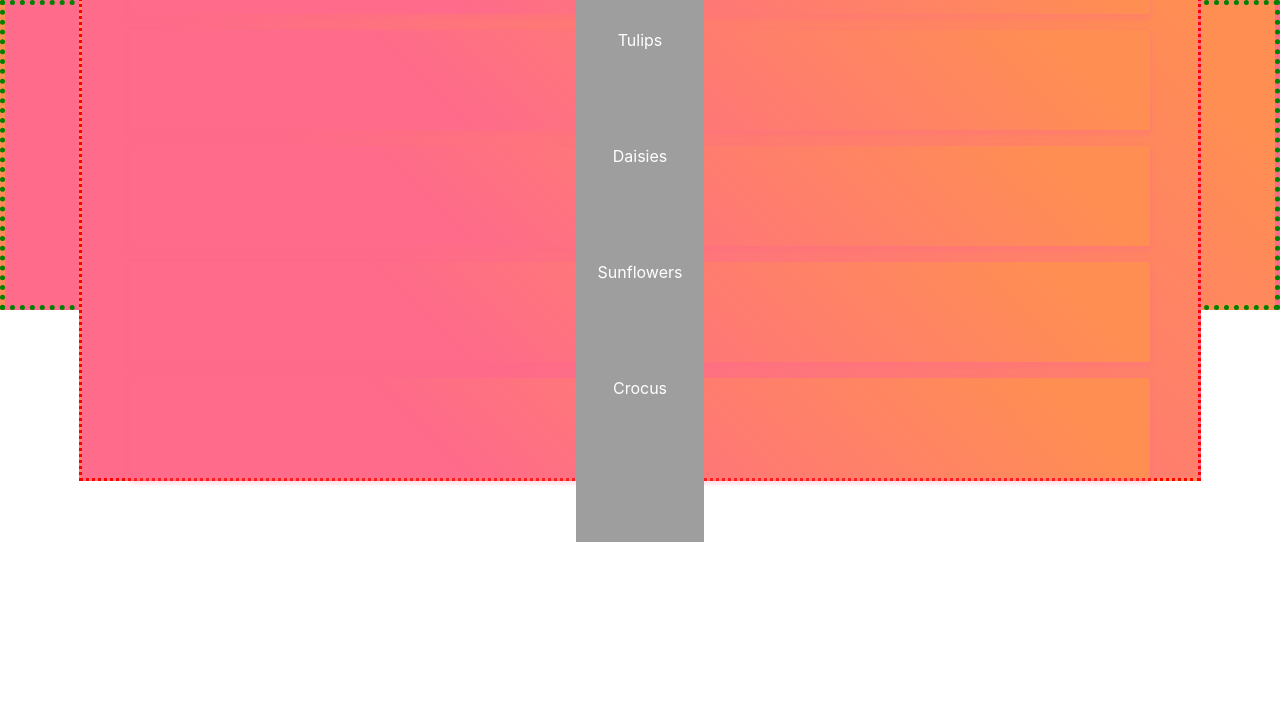
Repository: DevLuDaley/react-flower-shop
Page: /
An editor plug-in stored every save of this project. The page is shown before and after the next save, followed by the edit.
The browser window is 1280 px wide. The pictures show the whole page.
Pictures or frames that could not be fetched are drawn as grey boxes. The project was rebuilt for these pictures with package versions that can differ from the ones it lists, and the page was loaded fresh each time.

Above is the page before, as saved 2021-02-19 22:06:01.

### src/App.js
// import './App.css';
import Grid from '@material-ui/core/Grid';
import Container from '@material-ui/core/Container';
import { makeStyles } from '@material-ui/core/styles';

// // or
// import { Grid } from '@material-ui/core';
//  import FlowerGallery from './components/FlowerGallery'
 import FlowersContainer from './Containers/FlowersContainer'


const useStyles = makeStyles({
  root: {
    background: 'linear-gradient(45deg, #FE6B8B 30%, #FF8E53 90%)',
    display: 'flex',
    justifyContent: 'center',
    alignItems: 'center',
    textAlign: 'center',
    height: '200px',
    border: '5px dotted green',
    padding: '50px'
  },
});

function App() {
  const classes = useStyles();
  return (
    <Grid className={classes.root}>
      <Container>
      <FlowersContainer/>
        {/* <FlowerGallery/> */}
      </Container>
    </Grid>
  );
}

export default App;

### src/Containers/FlowersContainer.js
import React from 'react';
import Grid from '@material-ui/core/Grid';
import Container from '@material-ui/core/Container';
import { makeStyles } from '@material-ui/core/styles';


import FlowerGallery from '../components/FlowerGallery'


const useStyles = makeStyles({
  root: {
    background: 'linear-gradient(45deg, #FE6B8B 30%, #FF8E53 90%)',
    // border: 0,
    // borderRadius: 3,
    // boxShadow: '0 3px 5px 2px rgba(255, 105, 135, .3)',
    // color: 'white',
    // height: "auto",
    // padding: '0 30px',
    // display: 'flex',
    justifyContent: 'center',
    alignItems: 'center',
    textAlign: 'center',
    // height: '200px',
    border: '3px dotted red'
  },
});


const FlowersContainer = () => {
    const classes = useStyles();
    return (

        <Grid>
            <Container className={classes.root}>
                <FlowerGallery/>
            </Container>
        </Grid>


     );
}

export default FlowersContainer;

### src/components/FlowerGallery.js
import React from 'react';
import { makeStyles } from '@material-ui/core/styles';

// import FlowerGalleryStyles from './FlowerGalleryStyles'
// import Button from materialmaterial
import Button from '@material-ui/core/Button';
import Container from '@material-ui/core/Container';

// const useStyles = makeStyles({
//   root: {
//     background: 'linear-gradient(45deg, #FE6B8B 30%, #FF8E53 90%)',
//     border: 0,
//     borderRadius: 3,
//     boxShadow: '0 3px 5px 2px rgba(255, 105, 135, .3)',
//     color: 'white',
//     // height: 48,
//     padding: '0 30px',
//     margin: '15 0'
//   },
// });

const useStyles = makeStyles({
  root: {
    background: 'linear-gradient(45deg, #FE6B8B 30%, #FF8E53 90%)',
    border: 0,
    borderRadius: 3,
    boxShadow: '0 3px 5px 2px rgba(255, 105, 135, .3)',
    color: 'white',
    height: 100,
    padding: '50 30px',
    margin: '50'
  },
});

const FlowerGallery = () => {
      const classes = useStyles();
    // const classes = FlowerGalleryStyles()

const flowerList = [
  {
    id: 1,
    name: 'Red Roses',
    imageUrl: 'https://images.unsplash.com/photo-1548094967-e25a127d1f6d?ixid=MXwxMjA3fDB8MHxwaG90by1wYWdlfHx8fGVufDB8fHw%3D&ixlib=rb-1.2.1&auto=format&fit=crop&w=1137&q=80',
    rating: 5,
    alt: 'red-roses'},
  {
    id: 2,
    name: 'Tulips',
    imageUrl: 'https://images.unsplash.com/photo-1610444028097-40d9858bb44f?ixid=MXwxMjA3fDB8MHxwaG90by1wYWdlfHx8fGVufDB8fHw%3D&ixlib=rb-1.2.1&auto=format&fit=crop&w=1234&q=80',
    rating: 4,
    alt: 'tulips'},
  {
    id: 3,
    name: 'Daisies',
    imageUrl: 'https://images.unsplash.com/photo-1607061868914-e38515be98cb?ixid=MXwxMjA3fDB8MHxwaG90by1wYWdlfHx8fGVufDB8fHw%3D&ixlib=rb-1.2.1&auto=format&fit=crop&w=1091&q=80',
    rating: 4,
    alt: ''},

  {
    id: 4,
    name: 'Sunflowers',
    imageUrl: 'https://images.unsplash.com/photo-1598459832065-1e43b2283799?ixid=MXwxMjA3fDB8MHxzZWFyY2h8Nnx8c3VuZmxvd2VyJTIwYm9xdWV0fGVufDB8fDB8&ixlib=rb-1.2.1&auto=format&fit=crop&w=1200&q=60',
    rating: 5,
    alt: ''},
  {
    id: 5,
    name: 'Crocus',
    imageUrl: 'public/images/red-roses-bhttps://images.unsplash.com/photo-1488979246948-f4b573b1fae8?ixid=MXwxMjA3fDB8MHxzZWFyY2h8NXx8Y3JvY3VzfGVufDB8fDB8&ixlib=rb-1.2.1&auto=format&fit=crop&w=1200&q=60',
    rating: 5,
    alt: ''}

]

    return (
        <Container>
        <h1>This is a flower Gallery</h1>
        <section>
        {flowerList ? flowerList.map(flower =>
          <div className={classes.root}>
              <p>{flower.name}</p>
              <img src={flower.imageUrl} alt={flower.alt} style={{width:"128px", height: "128px"}}></img>
          </div>
        )
        : <p className="no-data-message"> No Flowers Yet</p>
        }


        </section>
        {/* <Button className={classes.root}>Hook</Button>
        <Button variant="contained" color="primary">Hook</Button> */}
      </Container>
      );
}

export default FlowerGallery;
// FlowerGalleryStyles

Loaded but not shown: public/index.html (common file); src/index.js (common file); src/index.css (common file); src/reportWebVitals.js (common file)

After the next save:
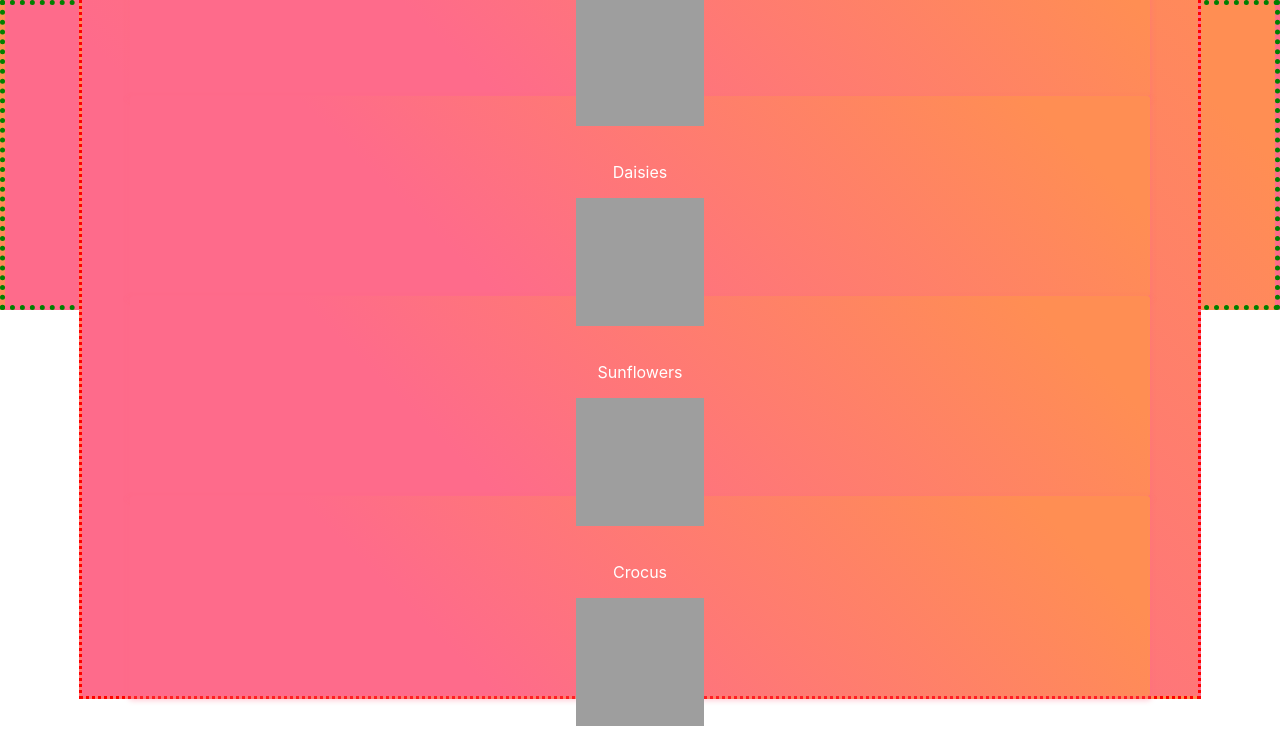
Saved 5 s later.
--- a/src/components/FlowerGallery.js
+++ b/src/components/FlowerGallery.js
@@ -27,7 +27,7 @@ const useStyles = makeStyles({
     boxShadow: '0 3px 5px 2px rgba(255, 105, 135, .3)',
     color: 'white',
     height: 100,
-    padding: '50 30px',
+    padding: '50px 30px',
     margin: '50'
   },
 });
